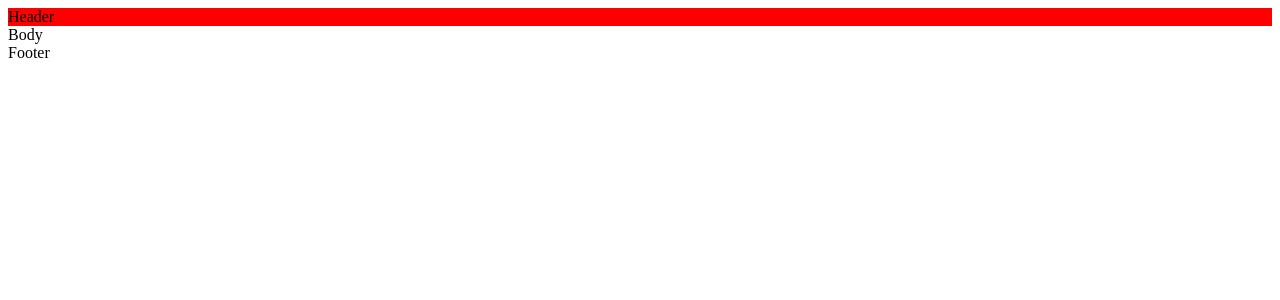
Repository: KENRYU-96645/samurai_HTML-CSS
Page: 8章/8-1.html
The author's editor kept a record of every edit. The page is drawn from the files as they stood at one moment, then again after the next edit.
The browser window is 1280 px wide. The pictures show the whole page.

Above is the page before.

### 8章/8-1.html
<html lang= "ja">
    <head>
        <style>
           header {
                background-color: red;

            footer {
                background-color: blue;
            }

            .size {
              height: 200px;
            }
        </style>
    </head>
    <body>
        <header>
            Header
        </header>
        <div class="size">
            Body
        </div>
        <footer>
            Footer
        </footer>
    </body>
</html>

After the next edit:
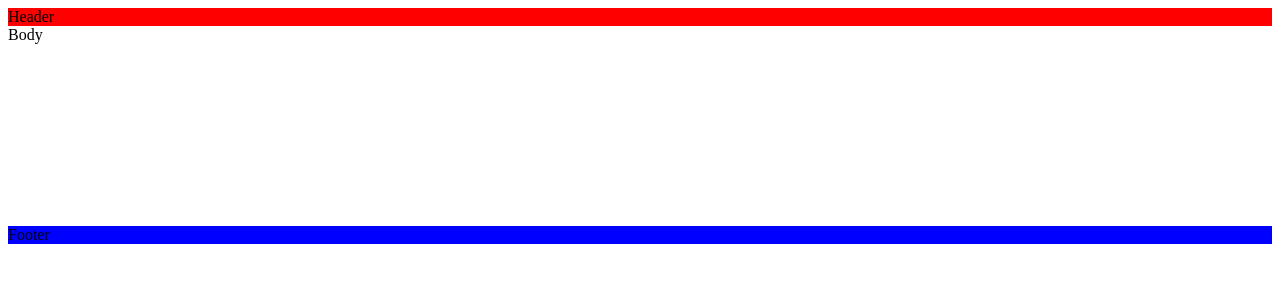
The edit:
--- a/8章/8-1.html
+++ b/8章/8-1.html
@@ -3,8 +3,9 @@
         <style>
            header {
                 background-color: red;
+           }
 
-            footer {
+           footer {
                 background-color: blue;
             }
 
